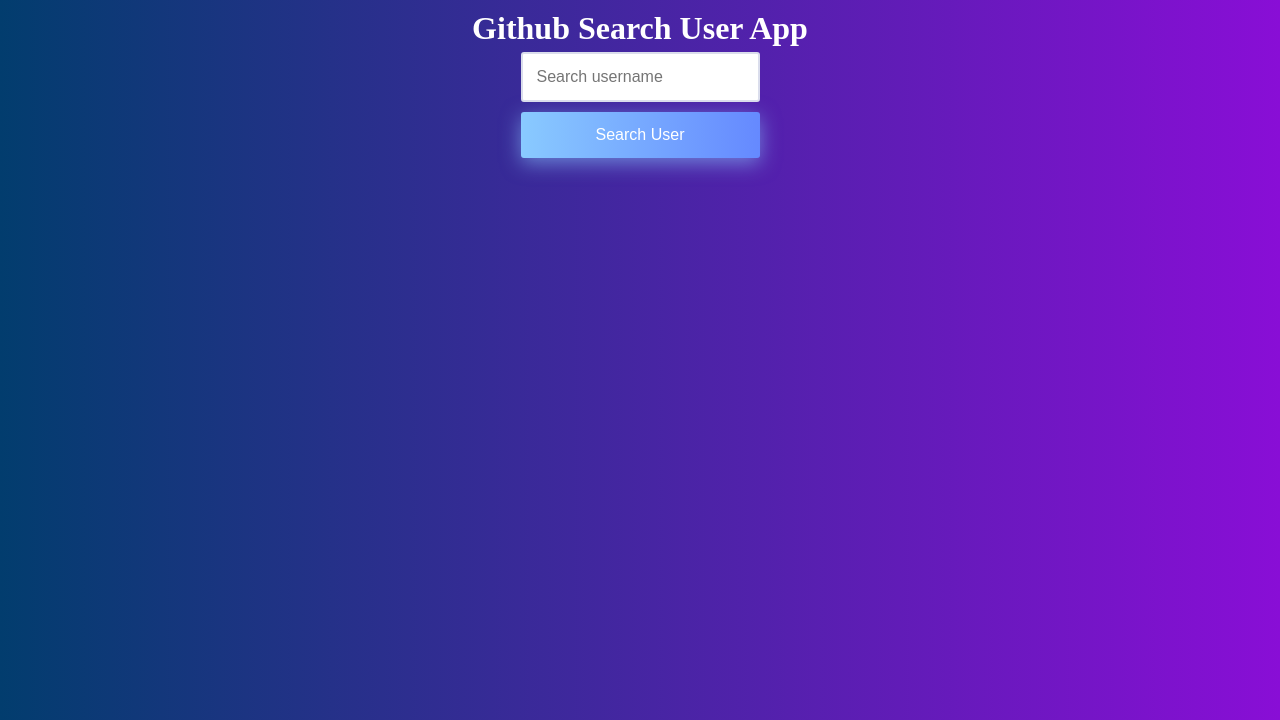
Repository: solox-cyber/Github-search-user
Page: index.html
An editor plug-in stored every save of this project. The page is shown before and after the next save, followed by the edit.
The browser window is 1280 px wide. The pictures show the whole page.

Above is the page before, as saved 2023-03-25 18:59:31.

After the next save:
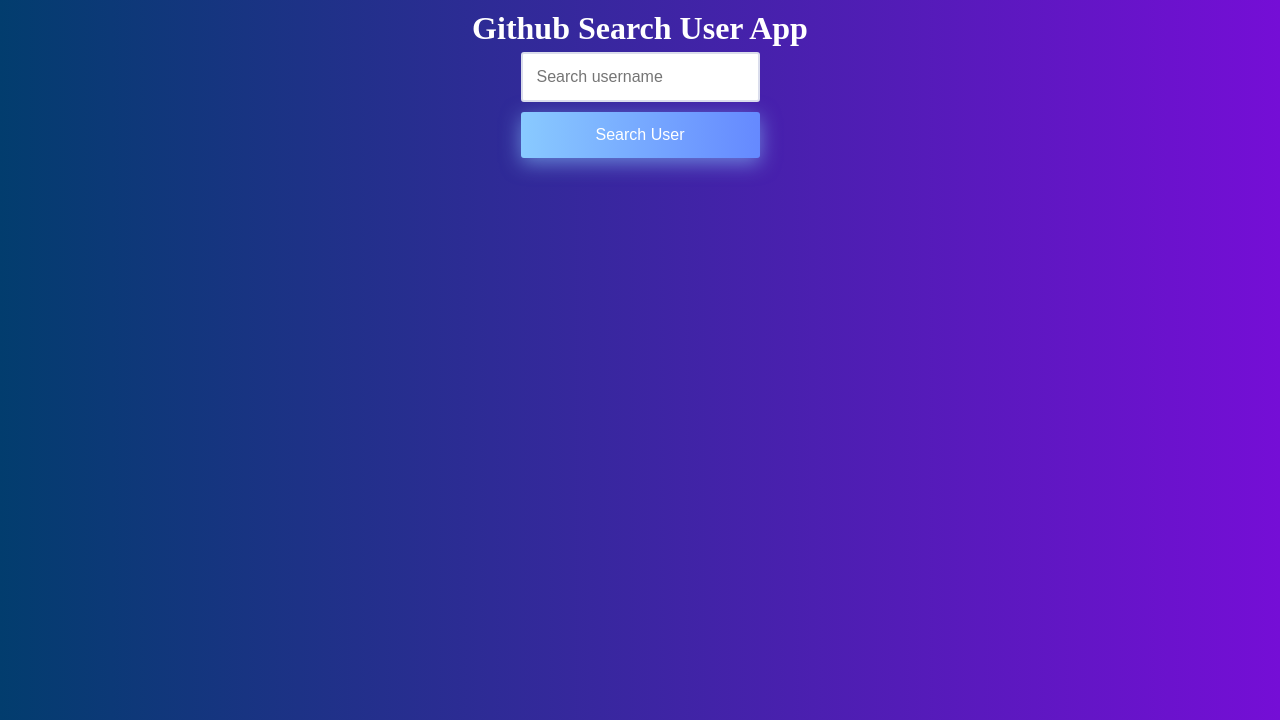
Saved 4 s later.
--- a/style.css
+++ b/style.css
@@ -5,7 +5,7 @@
 }
 
 body{
-    background-image: linear-gradient(to right, #023d6e, #890ed6);
+    background-image: linear-gradient(to right, #023d6e, #750ed6);
     color: #fff;
 }
 
